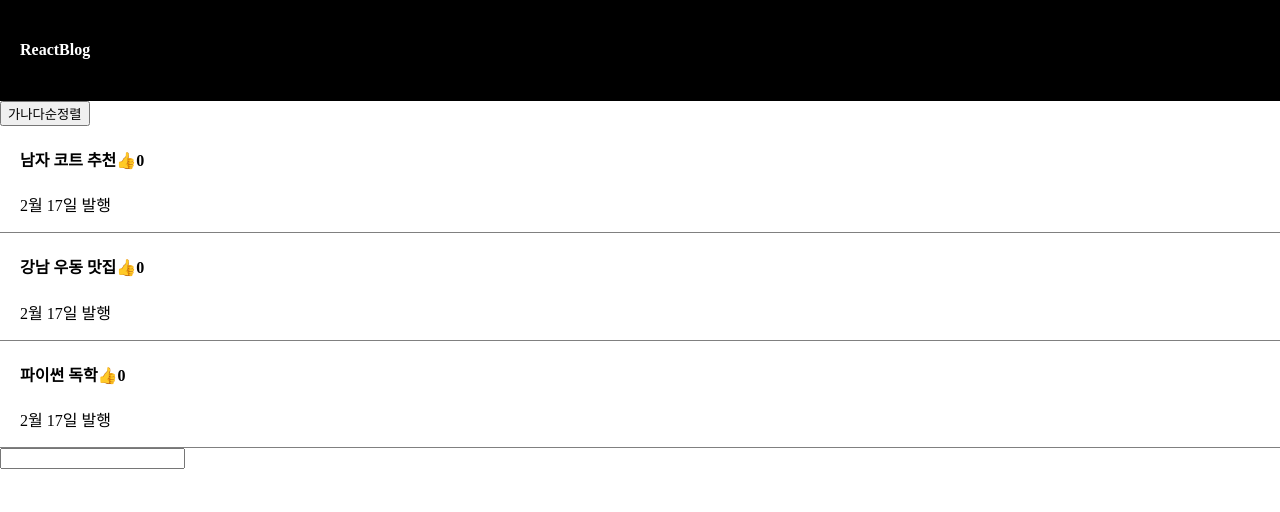
Repository: thinkseaweave/applecoding
Page: /
An editor plug-in stored every save of this project. The page is shown before and after the next save, followed by the edit.
The browser window is 1280 px wide. The pictures show the whole page.
The project was rebuilt for these pictures with package versions that can differ from the ones it lists, and the page was loaded fresh each time. Also part of the build but not shown: vite.config.js, src/index.css.

Above is the page before, as saved 2025-01-30 01:46:40.

### src/App.jsx
/* eslint-disable */

import { useState } from "react";
import "./App.css";

function App() {
  const post = "강남 우동 맛집";
  let [글제목, 글제목변경] = useState([
    "남자 코트 추천",
    "강남 우동 맛집",
    "파이썬 독학",
  ]);
  let [따봉, 따봉변경] = useState([0, 0, 0]);
  let [modal, setModal] = useState(false);
  let [index, setIndex] = useState(0);
  let [입력값, 입력값변경] = useState("");

  return (
    <div className="App">
      <div className="black-nav">
        <h4>ReactBlog</h4>
      </div>
      <button
        onClick={() => {
          const 정렬된글제목 = [...글제목].sort();
          글제목변경(정렬된글제목);
        }}
      >
        가나다순정렬
      </button>

      {글제목.map(function (item, index) {
        return (
          <div className="list" key={index}>
            <h4
              onClick={(event) => {
                event.preventDefault();
                setIndex(index);
                setModal(!modal);
              }}
            >
              {item}
              <span
                onClick={(event) => {
                  event.stopPropagation();
                  const 따봉카피 = [...따봉];
                  따봉카피[index] = 따봉카피[index] + 1;
                  따봉변경(따봉카피);
                }}
              >
                👍
              </span>
              {따봉[index]}
            </h4>
            <p> 2월 17일 발행</p>
          </div>
        );
      })}

      <input
        onChange={(e) => {
          입력값변경(e.target.value);
          console.log(e.target.value);
        }}
      />

      {
        //조건식 ? 참일 때 실행할 코드 : 거짓일 때 실행할 코드
        modal === true ? (
          <Modal
            글제목={글제목}
            글제목변경={글제목변경}
            index={index}
            따봉={따봉}
          />
        ) : null
      }
    </div>
  );
}

function Modal(props) {
  return (
    <div className="modal">
      <h4>
        {props.글제목[props.index]} <span>👍</span>
        {props.따봉[props.index]}
      </h4>
      <p>2025.1.30</p>
      <p>상세내용</p>
      <button
        onClick={() => {
          const copy = [...props.글제목];
          copy[props.index] = "여자코트 추천";
          props.글제목변경(copy);
        }}
      >
        글수정
      </button>
    </div>
  );
}

export default App;

### src/App.css
body {
  margin: 0;
}

div {
  box-sizing: border-box;
}
.list {
  text-align: left;
  padding-left: 20px;
  border-bottom: 1px solid grey;
}

.black-nav {
  background: black;
  width: 100%;
  display: flex;
  color: white;
  padding: 20px;
}

.modal {
  margin-top: 20px;
  padding: 20px;
  background: #eee;
  text-align: left;
}

Loaded but not shown: index.html (common file); src/main.jsx (common file)

After the next save:
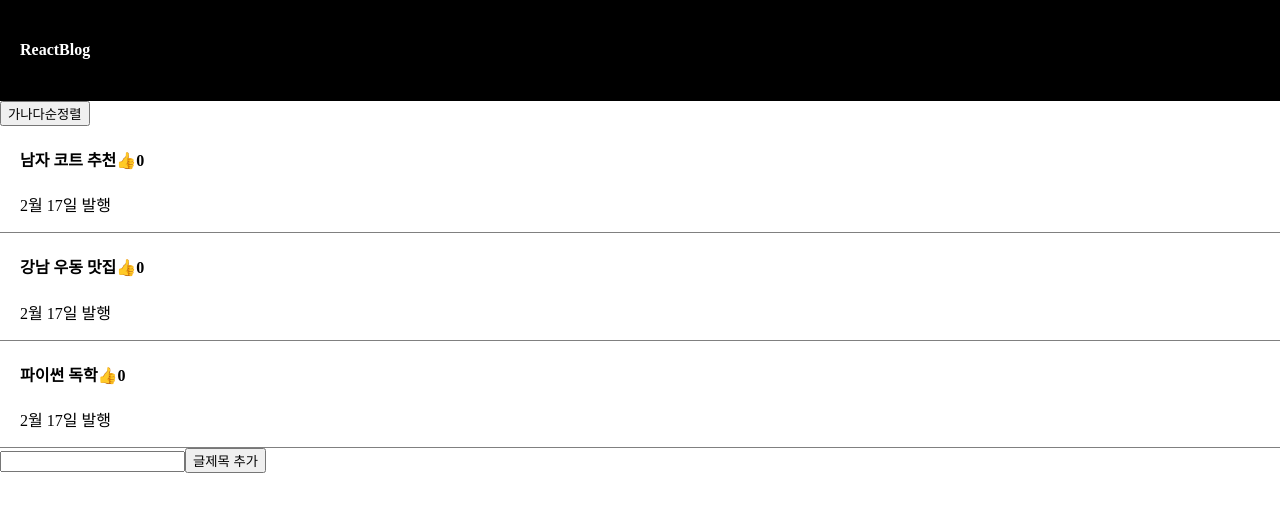
Saved 118 s later.
--- a/src/App.jsx
+++ b/src/App.jsx
@@ -60,9 +60,10 @@ function App() {
       <input
         onChange={(e) => {
           입력값변경(e.target.value);
-          console.log(e.target.value);
+          console.log(입력값);
         }}
       />
+      <button onClick={() => {}}>글제목 추가</button>
 
       {
         //조건식 ? 참일 때 실행할 코드 : 거짓일 때 실행할 코드
